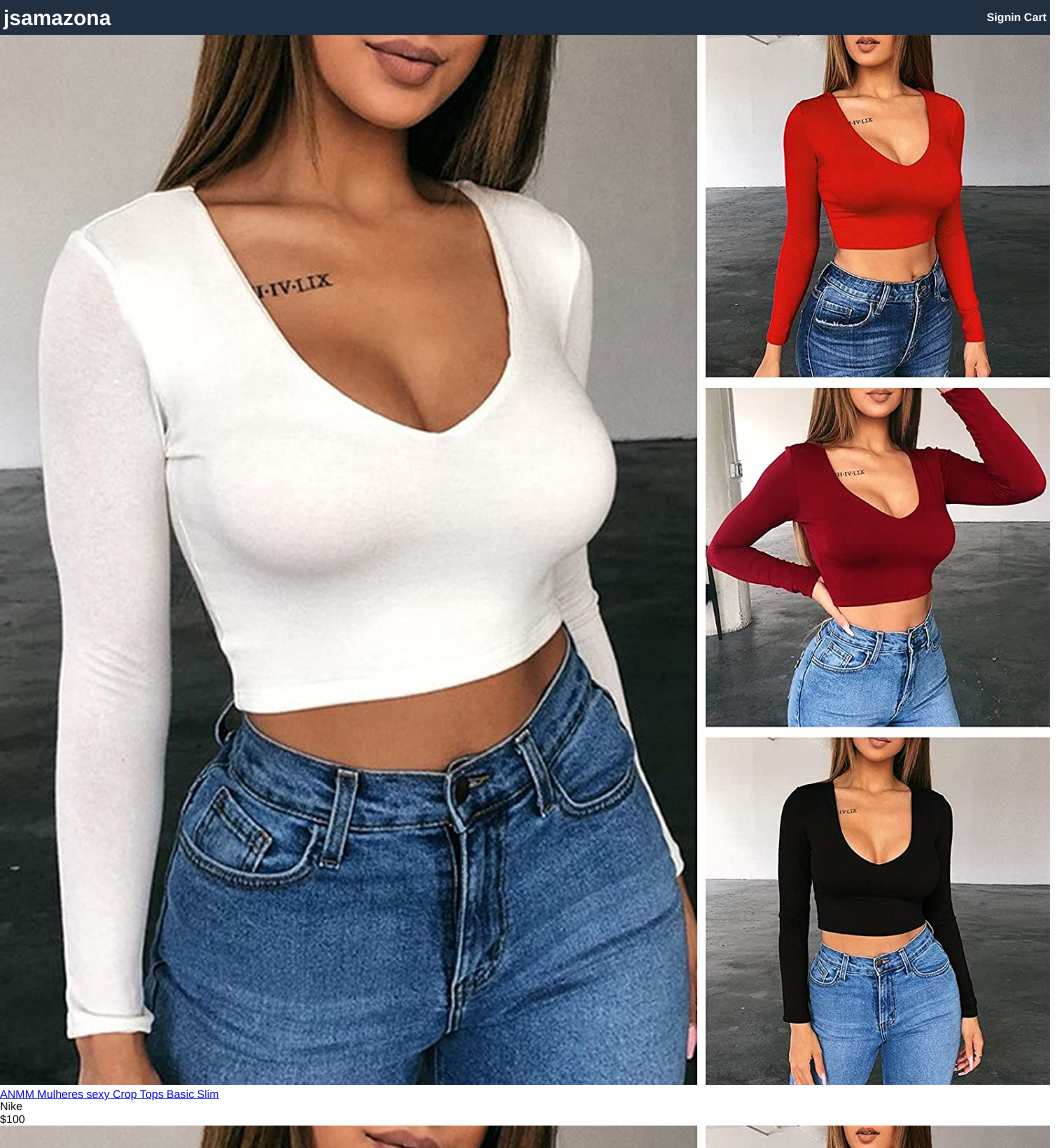
Repository: Mardoqueu/ecommerce-website
Page: jsamazona/frontend/src/index.html
An editor plug-in stored every save of this project. The page is shown before and after the next save, followed by the edit.
The browser window is 1280 px wide. The page is 1500 px wide, then 1520 px, so the pictures cover 1520 px, including what lies to the right of the window. The pictures show the part of the page from y = 0 to 1640 px (the page is 9448 px tall before and 3770 px after), at 70% of full size.

Above is the page before, as saved 2022-09-12 10:25:05.

### jsamazona/frontend/src/index.html
<!DOCTYPE html>
<html lang="en">
  <head>
    <meta charset="UTF-8" />
    <meta http-equiv="X-UA-Compatible" content="IE=edge" />
    <meta name="viewport" content="width=device-width, initial-scale=1.0" />
    <link rel="stylesheet" href="style.css" />
    <title>JS Amazona</title>
  </head>
  <body>
    <div class="grid-container">
      <header>
        <div class="brand">
          <a href="/#/">jsamazona</a>
        </div>
        <div>
          <a href="/#/signin">Signin</a>
          <a href="/#/cart">Cart</a>
        </div>
      </header>
      <main>
        <div>
          <ul class="products">
            <li>
              <div class="product">
                <a href="/#/products/1">
                  <img src="images/product-1.jpg" alt="product 1" />
                </a>
                <div class="product-name">
                  <a href="/#/products/1">
                    ANMM Mulheres sexy Crop Tops Basic Slim
                  </a>
                </div>
                <div class="product-brand">Nike</div>
                <div class="product-price">$100</div>
              </div>
            </li>
            <li>
              <div class="product">
                <a href="/#/products/1">
                  <img src="images/product-1.jpg" alt="product 1" />
                </a>
                <div class="product-name">
                  <a href="/#/products/1">
                    ANMM Mulheres sexy Crop Tops Basic Slim
                  </a>
                </div>
                <div class="product-brand">Nike</div>
                <div class="product-price">$100</div>
              </div>
            </li>
            <li>
              <div class="product">
                <a href="/#/products/1">
                  <img src="images/product-1.jpg" alt="product 1" />
                </a>
                <div class="product-name">
                  <a href="/#/products/1">
                    ANMM Mulheres sexy Crop Tops Basic Slim
                  </a>
                </div>
                <div class="product-brand">Nike</div>
                <div class="product-price">$100</div>
              </div>
            </li>
            <li>
              <div class="product">
                <a href="/#/products/1">
                  <img src="images/product-1.jpg" alt="product 1" />
                </a>
                <div class="product-name">
                  <a href="/#/products/1">
                    ANMM Mulheres sexy Crop Tops Basic Slim
                  </a>
                </div>
                <div class="product-brand">Nike</div>
                <div class="product-price">$100</div>
              </div>
            </li>
            <li>
              <div class="product">
                <a href="/#/products/1">
                  <img src="images/product-1.jpg" alt="product 1" />
                </a>
                <div class="product-name">
                  <a href="/#/products/1">
                    ANMM Mulheres sexy Crop Tops Basic Slim
                  </a>
                </div>
                <div class="product-brand">Nike</div>
                <div class="product-price">$100</div>
              </div>
            </li>
            <li>
              <div class="product">
                <a href="/#/products/1">
                  <img src="images/product-1.jpg" alt="product 1" />
                </a>
                <div class="product-name">
                  <a href="/#/products/1">
                    ANMM Mulheres sexy Crop Tops Basic Slim
                  </a>
                </div>
                <div class="product-brand">Nike</div>
                <div class="product-price">$100</div>
              </div>
            </li>
          </ul>
        </div>
      </main>
      <footer>All rights reserved @2022</footer>
    </div>
  </body>
</html>

### jsamazona/frontend/src/style.css
* {
    box-sizing: border-box;
  }
  html {
    font-size: 62.5%; /* 16px * 62.5 = 10px = 1rem */
  }
  body {
    height: 100vh;
    font: 1.6rem Helvetica, Arial;
    margin: 0;
  }
  .grid-container {
    display: grid;
    grid-template-areas:
      'header'
      'main'
      'footer';
    grid-template-columns: 1fr;
    grid-template-rows: 5rem 1fr 5rem;
    height: 100%;
  }

  header {
    grid-area: header;
    background-color: #203040;
    color: #ffffff;
    display: flex;
    justify-content: space-between;
    align-items: center;
    padding: 0.5rem;
  }
  header a {
    color: #ffffff;
    font-weight: bold;
    text-decoration: none;
  }
  header a:hover {
    color: #f08040;
  }

  .brand a {
    font-size: 3rem;
  }

  footer {
    background-color: #203040;
    display: flex;
    justify-content: center;
    align-items: center;
    color: #ffffff;
  }

/* Products */
.products {
    display: flex;
    flex-wrap: wrap;
    list-style-type: none;
    padding: 0;
    margin: 0;
    justify-content: center;
  }
  .products li {
    flex: 0 1 30rem;

  }

After the next save:
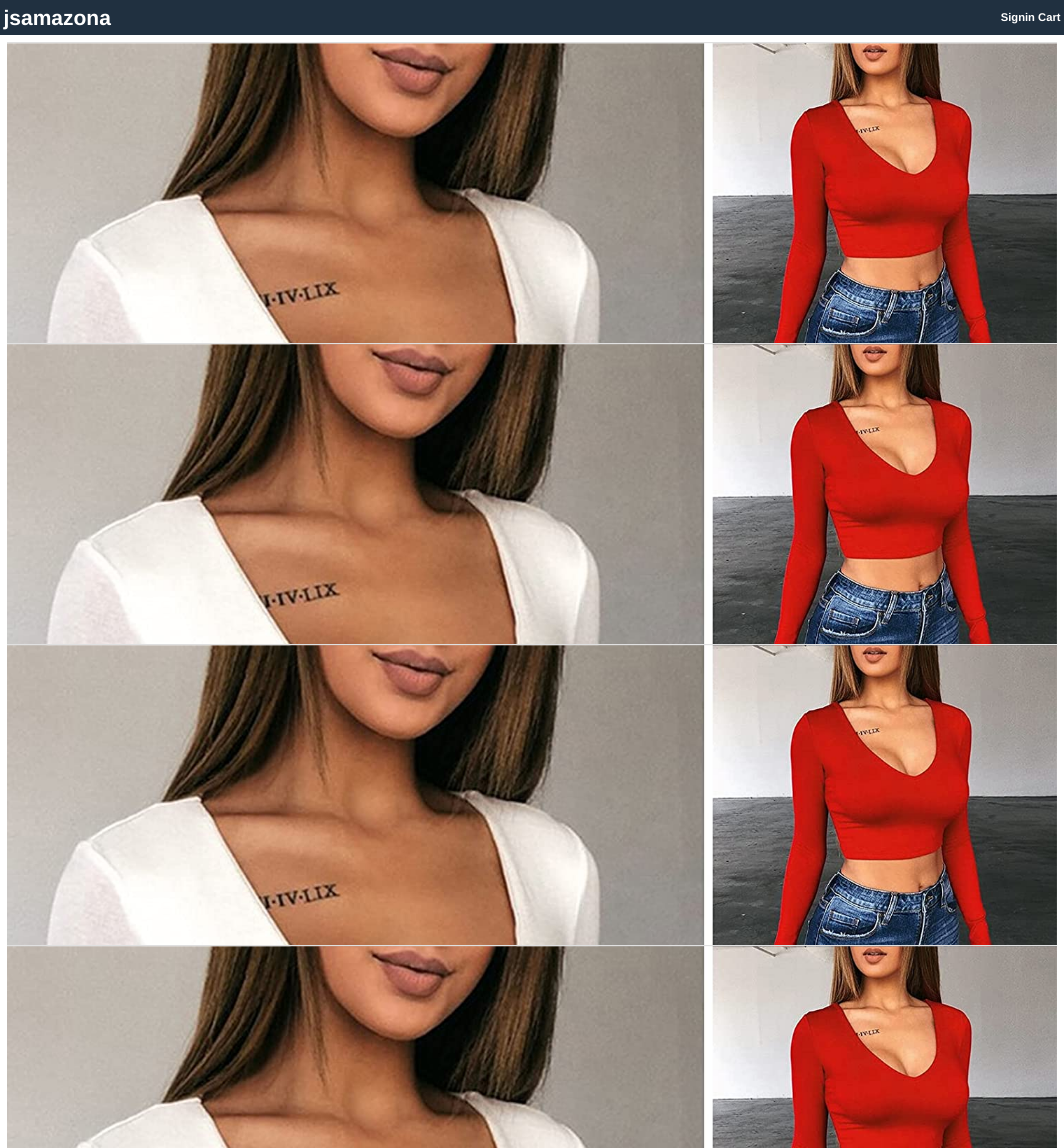
Saved 15 s later.
--- a/jsamazona/frontend/src/style.css
+++ b/jsamazona/frontend/src/style.css
@@ -61,5 +61,8 @@
   }
   .products li {
     flex: 0 1 30rem;
-
+    margin: 1rem;
+    margin-bottom: 0;
+    height: 42rem;
+    border-top: 0.2rem #e0e0e0 solid;
   }
